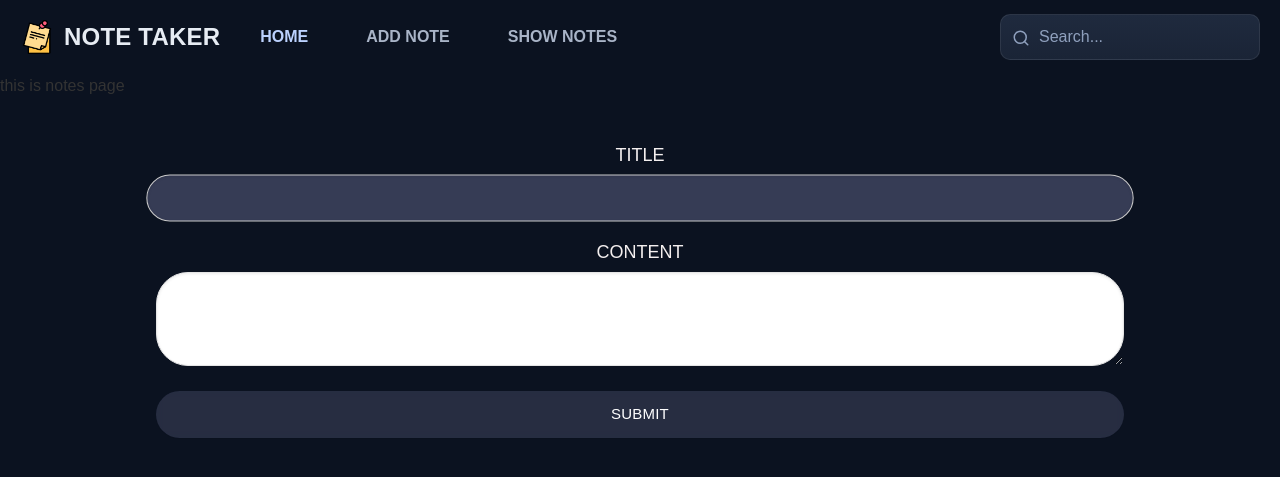
Repository: DEBDEEPTA/NOTE-TAKER
Page: http://localhost/NoteTaker/addnotes.jsp
These files come from the project's save history. The page is drawn as it stood at one moment and after the next save; the edit follows.
The browser window is 1280 px wide. The pictures show the whole page.
The first visible `.contact-form input` has the focus.
Some web fonts or font styles are not loaded; a fallback is used. The page is served by Tomcat 9.

Above is the page before, as saved 2025-10-03 07:32:56.

After the next save:
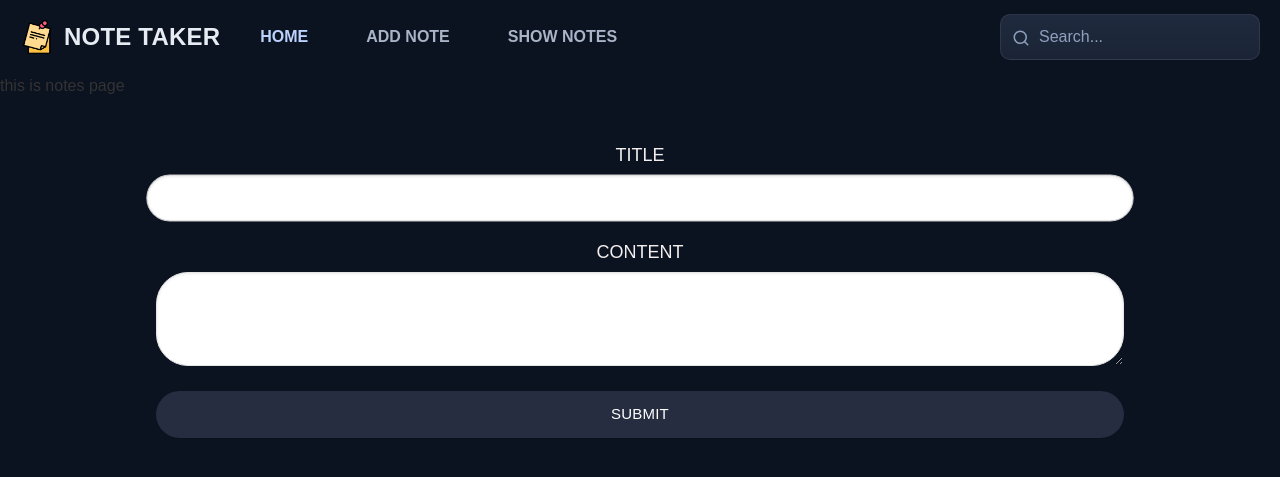
Saved 56 s later.
--- a/NoteTaker/src/main/webapp/css/form.css
+++ b/NoteTaker/src/main/webapp/css/form.css
@@ -42,7 +42,7 @@ html,body{margin:0;padding:0;font-family:Arial,Helvetica,sans-serif;color:#333}
   border-color:#c9c9c9;
   box-shadow:inset 0 1px 3px rgba(0,0,0,.1),0 0 0 2px rgba(0,0,0,.02);
   transform: scale(1.02);
-  background: rgba(185, 183, 243, 0.25);
+  background: #fff;
 }
 /* Error/hint placeholders (not used now, but ready) */
 .error{color:#c0392b;font-size:12px;margin-top:6px;display:none}
